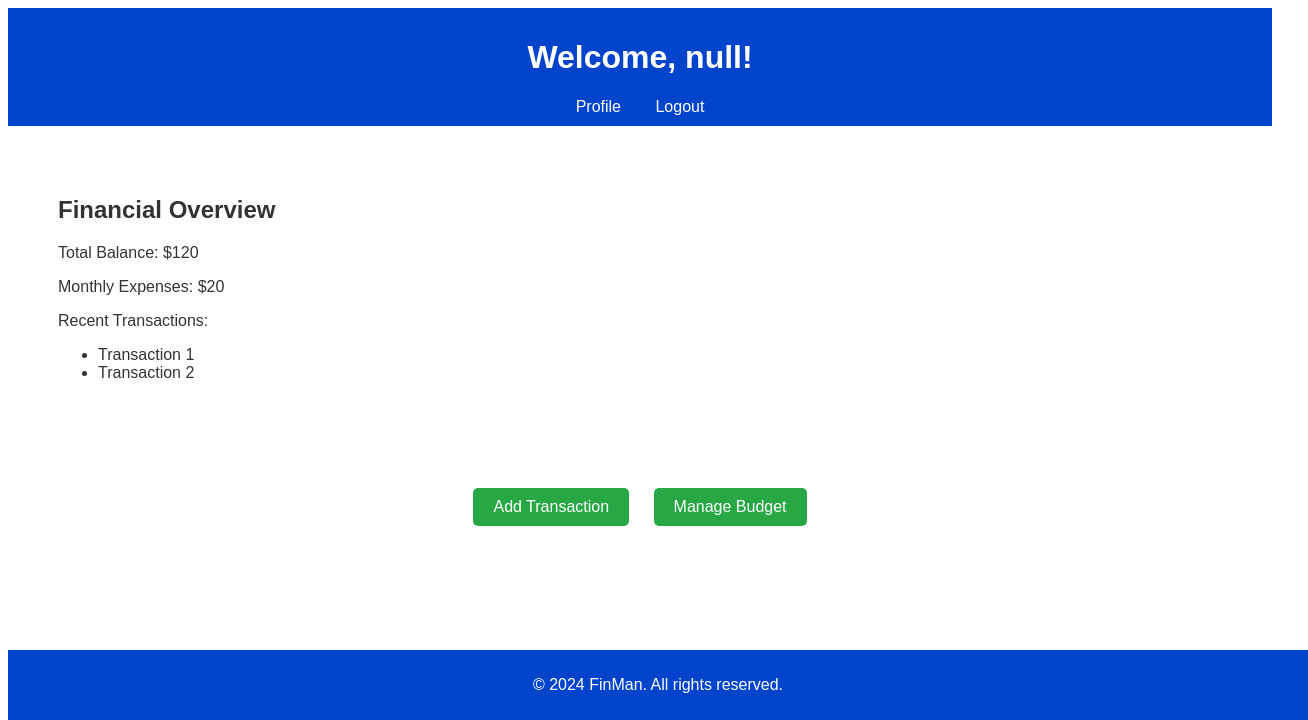
Repository: Rath2601/servlet_jsp_project
Page: http://localhost/finmansystem/dashboard.jsp
An editor plug-in stored every save of this project. The page is shown before and after the next save, followed by the edit.
The browser window is 1280 px wide. The page is 1308 px wide, then 1280 px, so the pictures cover 1308 px, including what lies to the right of the window. The pictures show the whole page.
The page is served by Tomcat 10.

Above is the page before, as saved 2024-10-08 02:41:56.

After the next save:
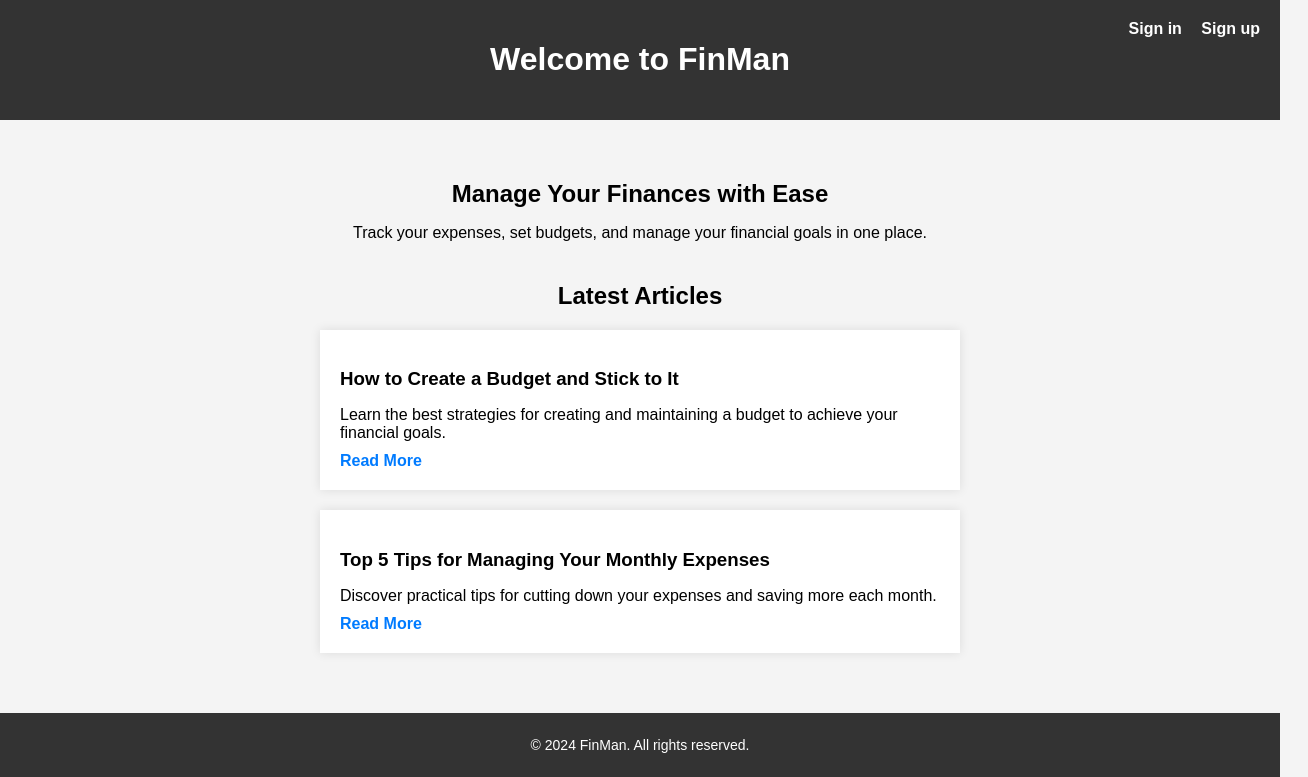
Saved 67 s later.
--- a/FinancialManagementSystem/finmansystem/src/main/webapp/dashboard.jsp
+++ b/FinancialManagementSystem/finmansystem/src/main/webapp/dashboard.jsp
@@ -3,33 +3,39 @@
 <html lang="en">
 <head>
     <meta charset="UTF-8">
-    <title>Dashboard - FinTrack</title>
-    <link rel="stylesheet" type="text/css" href="<%= request.getContextPath() %>/css-non-secured/dashboard.css">
+    <meta name="viewport" content="width=device-width, initial-scale=1.0">
+    <title>Welcome to FinMan</title>
+    <link rel="stylesheet" type="text/css" href="<%= request.getContextPath() %>/css-non-secured/home.css">
 </head>
 <body>
     <header>
-        <h1>Welcome, <%= session.getAttribute("username") %>!</h1>
-        <nav>
-            <a href="profile.jsp">Profile</a>
-            <a href="logout.jsp">Logout</a>
+        <h1>Welcome to FinMan</h1>
+        <nav class="user-auth">
+             <a href = "<%= request.getContextPath()%>/login.jsp" class="signin">Sign in</a>
+            <a href = "<%= request.getContextPath()%>/register.jsp" class="signup">Sign up</a>
         </nav>
     </header>
 
-    <section class="dashboard-overview">
-        <h2>Financial Overview</h2>
-        <p>Total Balance: $120</p>
-        <p>Monthly Expenses: $20</p>
-        <p>Recent Transactions:</p>
-        <ul>
-            <li>Transaction 1</li>
-            <li>Transaction 2</li>
-        </ul>
-    </section>
+    <main>
+        <section class="intro">
+            <h2>Manage Your Finances with Ease</h2>
+            <p>Track your expenses, set budgets, and manage your financial goals in one place.</p>
+        </section>
 
-    <section class="actions">
-        <a href="addTransaction.jsp">Add Transaction</a>
-        <a href="budget.jsp">Manage Budget</a>
-    </section>
+        <section class="articles">
+            <h2>Latest Articles</h2>
+            <article>
+                <h3>How to Create a Budget and Stick to It</h3>
+                <p>Learn the best strategies for creating and maintaining a budget to achieve your financial goals.</p>
+                <a href="article1.jsp">Read More</a>
+            </article>
+            <article>
+                <h3>Top 5 Tips for Managing Your Monthly Expenses</h3>
+                <p>Discover practical tips for cutting down your expenses and saving more each month.</p>
+                <a href="article2.jsp">Read More</a>
+            </article>
+        </section>
+    </main>
 
     <footer>
         <p>&copy; 2024 FinMan. All rights reserved.</p>
